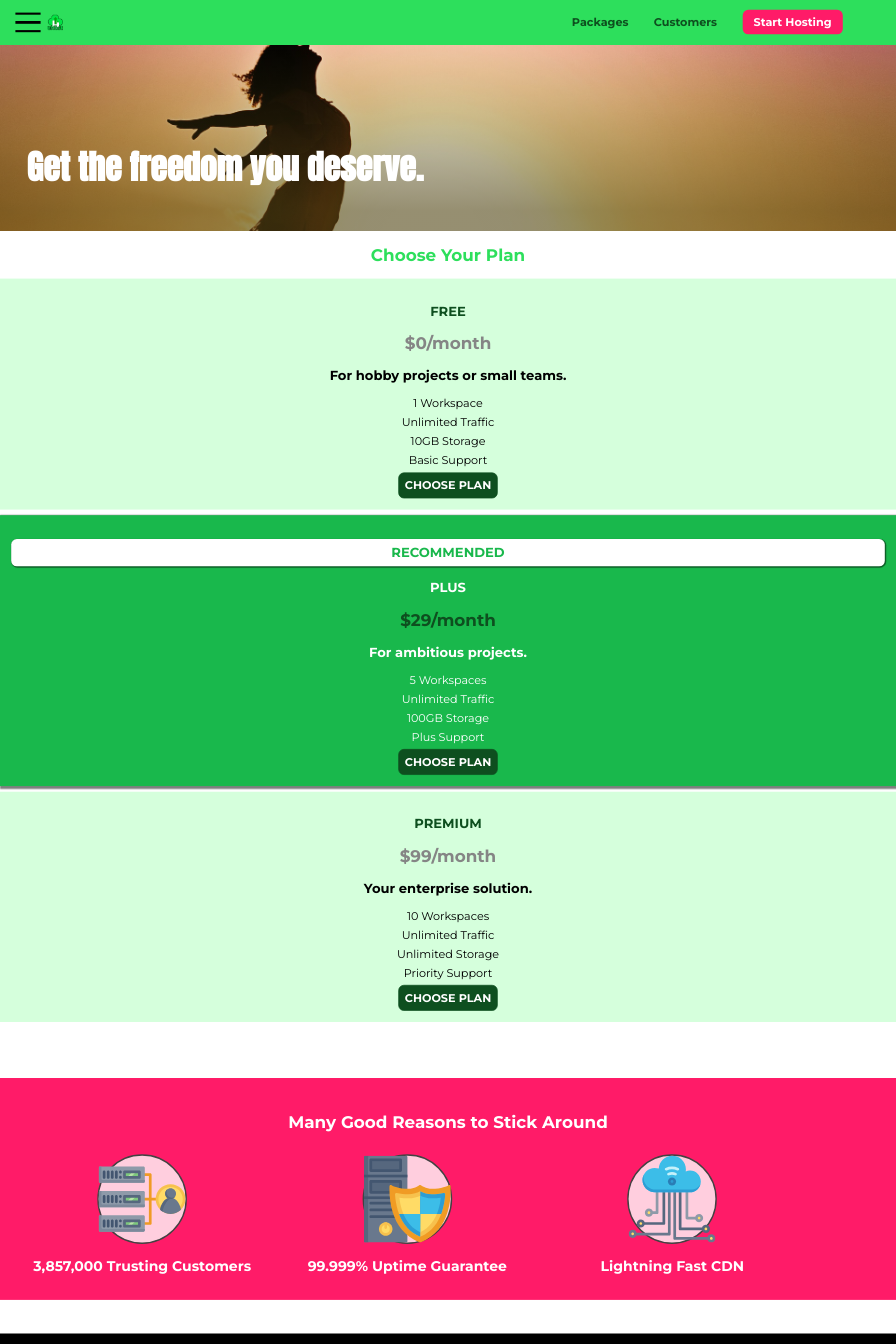
Repository: luacooli/css-course
Page: my_project/index.html
The author's editor kept a copy of each file at every save. The page is drawn from the files as they stood at one save, then again after the next save.
The browser window is 1280 px wide. The pictures show the part of the page from y = 0 to 1920 px (the page is 1988 px tall before and 3620 px after), at 70% of full size.

Above is the page before, as saved 2020-09-16 07:00:39.

After the next save:
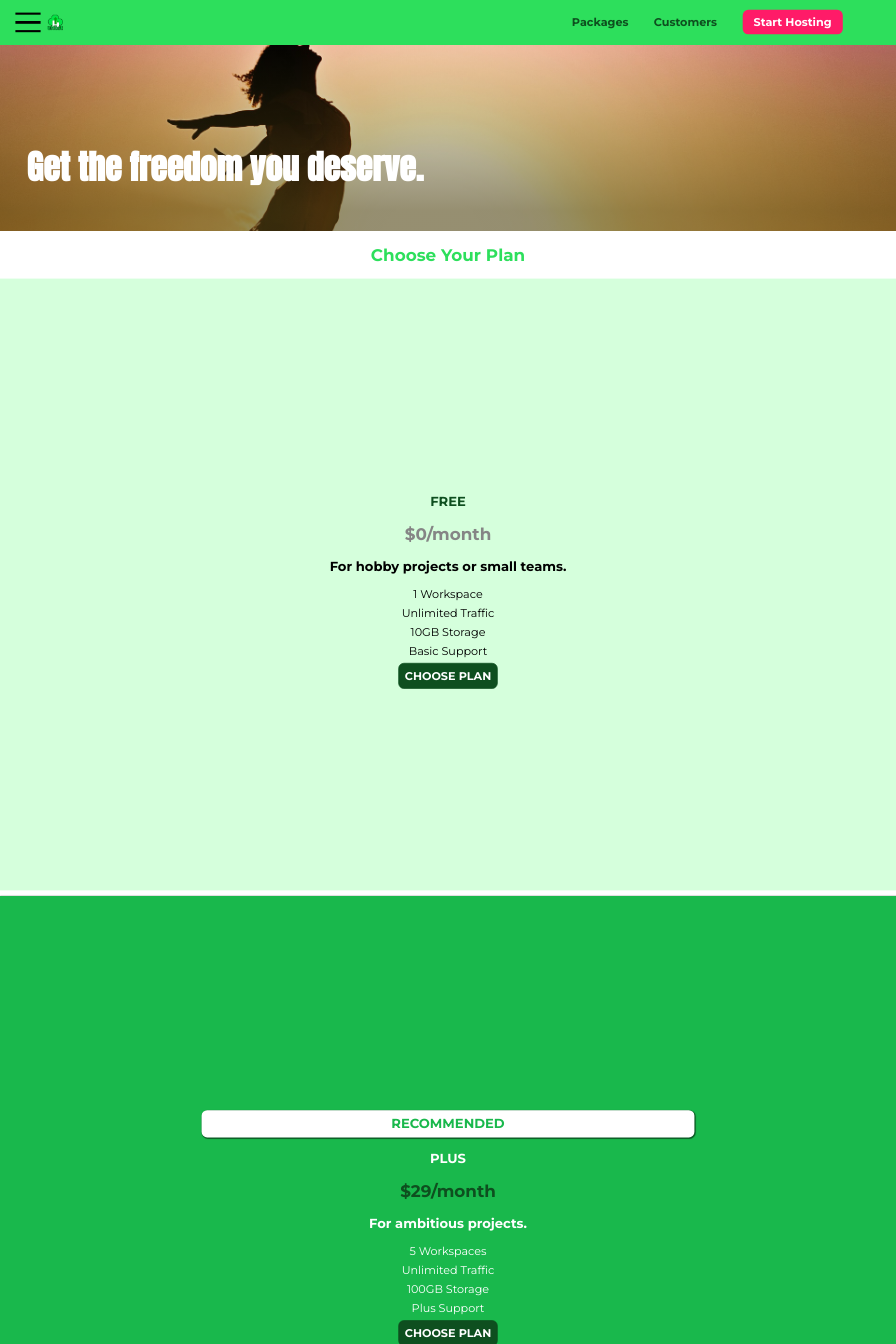
Saved 11 s later.
--- a/my_project/main.css
+++ b/my_project/main.css
@@ -50,7 +50,7 @@
 .plan {
   background: #d5ffdc;
   text-align: center;
-  padding: 1rem;
+  padding: 18rem;
   margin: .5rem 0;
   width: 100%;
   vertical-align: middle;
